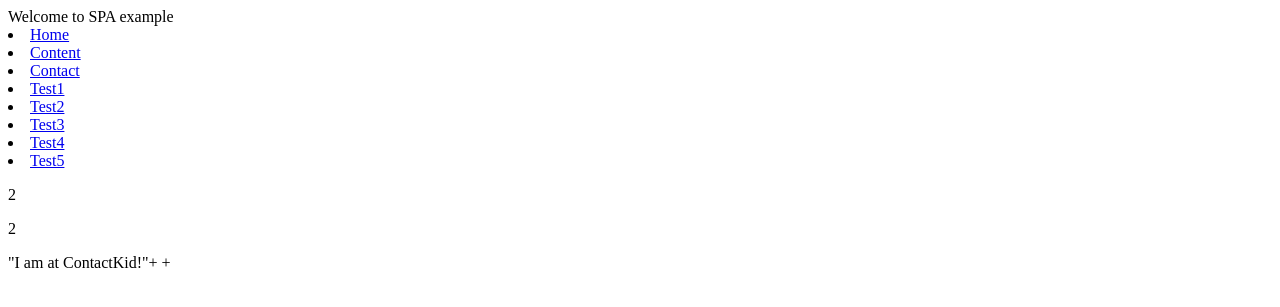
Repository: monikadhok/hoc
Page: /#/contact
These files come from the project's save history. The page is drawn as it stood at one moment and after the next save; the edit follows.
The browser window is 1280 px wide. The pictures show the whole page.
The project was rebuilt for these pictures with package versions that can differ from the ones it lists, and the page was loaded fresh each time. Also part of the build but not shown: src/Home.js, src/Content.js, src/Test1.js, src/Test2.js, src/testnested3111.js, src/testnested3112.js, src/testnested311.js, src/testNested31.js and 3 more.

Above is the page before, as saved 2018-10-05 14:20:50.

After the next save:
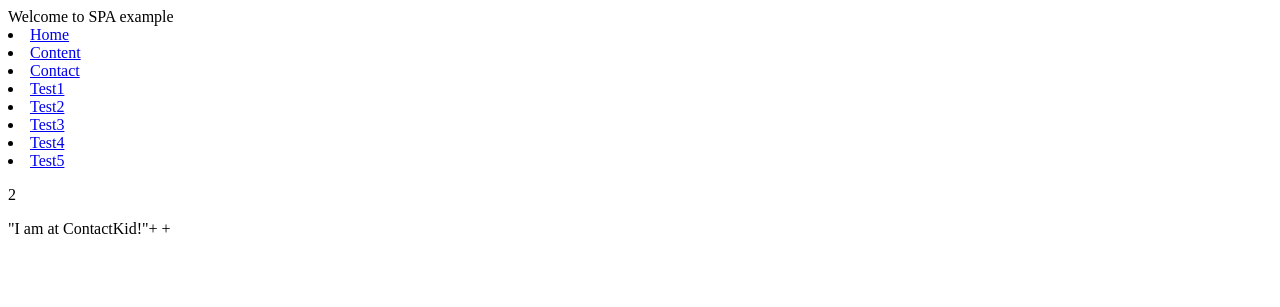
Saved 18 s later.
--- a/src/Contact.js
+++ b/src/Contact.js
@@ -34,4 +34,4 @@ class Contact extends React.Component {
     }
 }
 
-export default WithPerfComponent(Contact);
+export default Contact;
